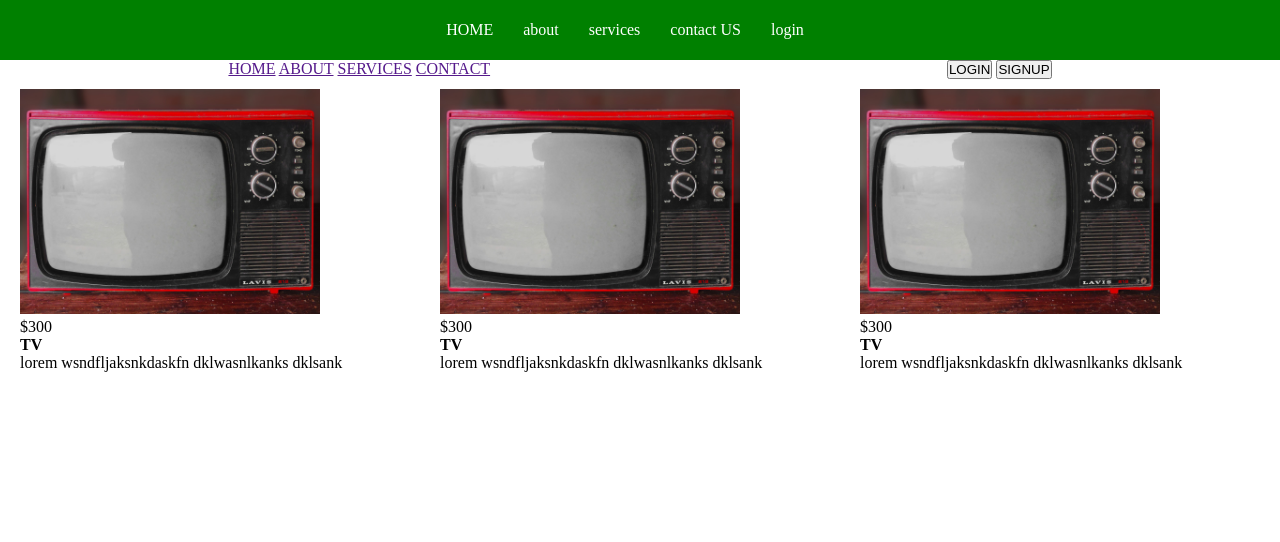
Repository: viveknaidu007/repo-166-Full-Stack-Development-Learning-Notes-Innomatics-2024
Page: module_1-html,css,bootstrap/sept_25_2024/index.html
These files come from the project's save history. The page is drawn as it stood at one moment and after the next save; the edit follows.
The browser window is 1280 px wide. The pictures show the whole page.

Above is the page before, as saved 2024-09-28 00:34:13.

After the next save:
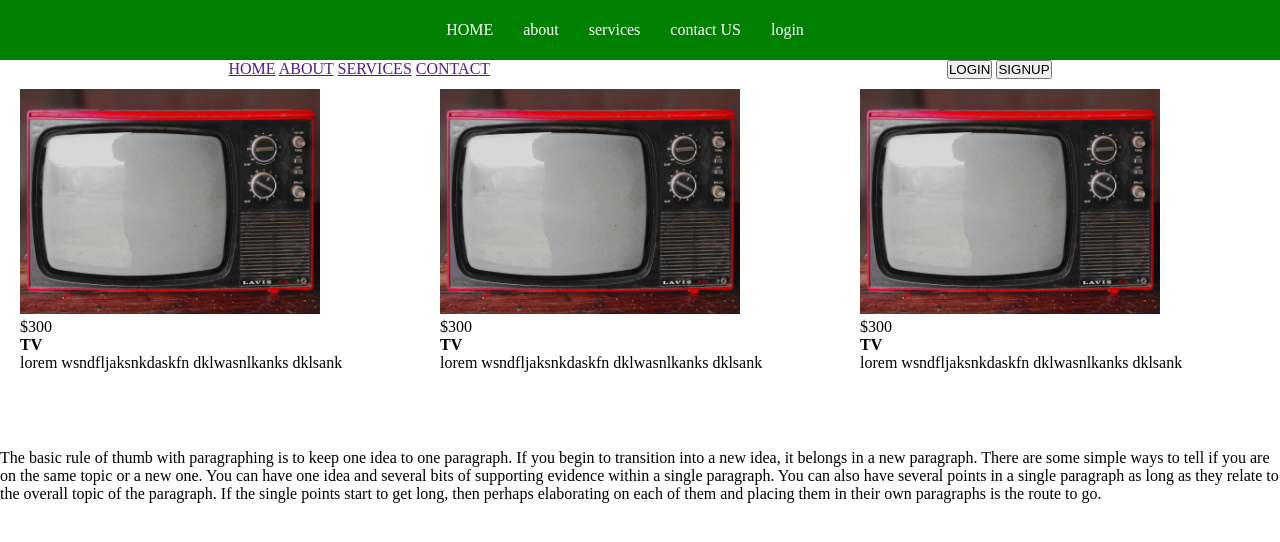
Saved 24 min 6 s later.
--- a/module_1-html,css,bootstrap/sept_25_2024/index.html
+++ b/module_1-html,css,bootstrap/sept_25_2024/index.html
@@ -109,6 +109,8 @@
 
     </div>
 
+    <p>The basic rule of thumb with paragraphing is to keep one idea to one paragraph. If you begin to transition into a new idea, it belongs in a new paragraph. There are some simple ways to tell if you are on the same topic or a new one. You can have one idea and several bits of supporting evidence within a single paragraph. You can also have several points in a single paragraph as long as they relate to the overall topic of the paragraph. If the single points start to get long, then perhaps elaborating on each of them and placing them in their own paragraphs is the route to go.</p>
+
 
 
 </body>
